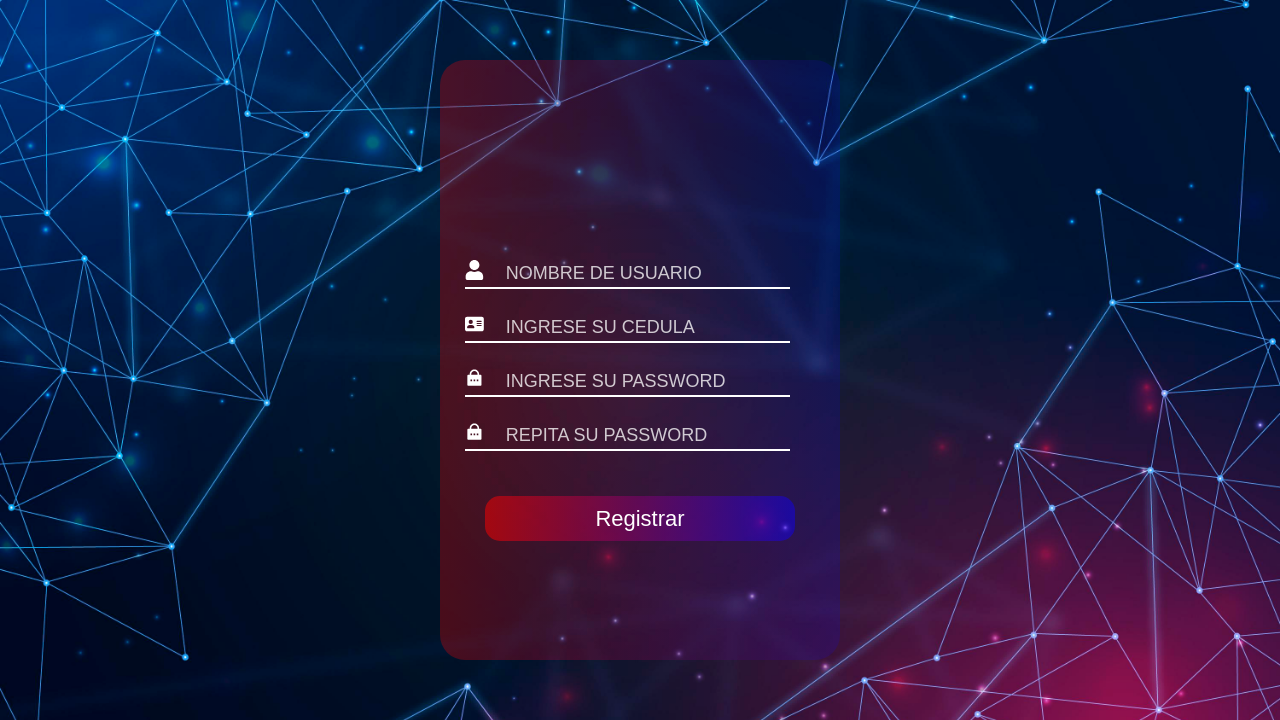
Repository: Davic1o/municipio
Page: /Registro
These files come from the project's save history. The page is drawn as it stood at one moment and after the next save; the edit follows.
The browser window is 1280 px wide. The pictures show the whole page.
The project was rebuilt for these pictures with package versions that can differ from the ones it lists, and the page was loaded fresh each time. Also part of the build but not shown: src/pages/Login/Login.jsx, src/pages/Administrador/Admin.jsx, src/pages/Coord/Coord.jsx, src/pages/User/User.jsx.

Above is the page before, as saved 2024-02-06 17:49:27.

### src/index.js
import React from 'react';
import ReactDOM from 'react-dom/client';
import './index.css';
import App from './App';
import { BrowserRouter } from 'react-router-dom';

const root = ReactDOM.createRoot(document.getElementById('root'));
root.render(
  <BrowserRouter>
    <App />
   </BrowserRouter>
);

### src/index.css
body {
  margin: 0;
  font-family: -apple-system, BlinkMacSystemFont, 'Segoe UI', 'Roboto', 'Oxygen',
    'Ubuntu', 'Cantarell', 'Fira Sans', 'Droid Sans', 'Helvetica Neue',
    sans-serif;
  -webkit-font-smoothing: antialiased;
  -moz-osx-font-smoothing: grayscale;
}

code {
  font-family: source-code-pro, Menlo, Monaco, Consolas, 'Courier New',
    monospace;
}
input{
  text-decoration: none;
  border: none;
}
button{
  background-color: transparent;
  text-decoration: none;
  border: none;
}

### src/App.jsx

import './App.css';
import Rutas from './routes/Rutas';

function App() {
  return (
    <div className="App">
      <Rutas/>
    </div>
  );
}

export default App;

### src/routes/Rutas.jsx
import React from 'react'
import { Routes, Route } from 'react-router-dom';
import Login from '../pages/Login/Login';
import Admin from '../pages/Administrador/Admin';
import Coord from '../pages/Coord/Coord';
import User from '../pages/User/User';
import Register from '../pages/Register/Register';


function Rutas() {
  return (


    <Routes>
    <Route exact path="/" element={<Login/>} />
    <Route exact path="/Registro" element={<Register/>} />
    <Route exact path="/Administrador" element={<Admin/>} />
    <Route path='/Coordinador' element={<Coord/>} />
    <Route path='/Usuario' element={<User/>} />

    </Routes>

  )
}

export default Rutas

### src/pages/Register/Register.jsx
import React, { useState } from 'react';
import { FaUser } from 'react-icons/fa';
import { RiLockPasswordFill } from 'react-icons/ri';
import { useNavigate } from 'react-router-dom';
import { FaAddressCard } from "react-icons/fa6";
import './login.css';

const Register = () => {
  const navigate = useNavigate();

  return (
    <div className="login__container">
      <div className="login__recuadro">
        <div className="login__formulario">
          <div className="contenedor__nombre">
            <FaUser className="icon__nombre" />
            <input
              type="text"
              className="inp__nombre"
              placeholder="NOMBRE DE USUARIO"
            />
          </div>
          <div className="contenedor__nombre">
          <FaAddressCard className="icon__password"/>
            <input
              type="password"
              className="inp__password"
              placeholder="INGRESE SU CEDULA"

            />
          </div>
          <div className="contenedor__password">
          <RiLockPasswordFill className="icon__password" />
            <input
              type="password"
              className="inp__password"
              placeholder="INGRESE SU PASSWORD"

            />

          </div>
          <div className="contenedor__password">
          <RiLockPasswordFill className="icon__password" />
            <input
              type="password"
              className="inp__password"
              placeholder="REPITA SU PASSWORD"

            />


          </div>
          <div className="contendor__ingresar">
            <button className="btn__ingresar" >
              Registrar
            </button>
          </div>
        </div>
      </div>
    </div>
  );
};

export default Register;

### src/pages/Login/login.css
.login__container {
    background-image:  url('../../images/fondo_informacion.jpg');
    background-size: cover;
    height: 100vh;
    width: 100vw;
    box-sizing: border-box;
    display: flex;
    align-items: center;
    justify-content: center;
    z-index: 0;
}
.login__recuadro{
    width: 400px;
    height: 600px;
    border-radius: 25px;
    background: linear-gradient(to right, rgba(253, 0, 0, 0.288) 1%, rgba(16, 0, 235, 0.171));
}
.login__formulario{
    margin-top: 200px;
}
.contenedor__nombre, .contenedor__password{
    width: 325px;
    margin: 25px;
    display: flex;
    border-bottom: 2px solid white ;
}
.icon__nombre, .icon__password{
    margin-right: 20px;
    font-size: 20px;
    background-color: transparent;
    color: white;
}
.inp__nombre, .inp__password{

    background-color: transparent;
    width: 300px;
    height: 25px;
    font-size: 18px;
    color: white;
}
.inp__nombre::placeholder, .inp__password::placeholder{
    font-size: 18px;
color: rgba(255, 255, 255, 0.767);
}
.inp__nombre:focus, .inp__password:focus{
    outline: none;
    font-size: 18px;
    border: none;
    color: white;
}
.contenedor__recuerdame{
    width: 325px;
    margin: 25px;
    display: flex;
}
.inp__recuerdame{
    transform: scale(1.5);
    margin-right: 20px;
}
.lbl__recuerdame{
    font-size: 18px;
    color: white;
}
.contenedor__registrar{
    width: 325px;
    margin: 25px;
    display: flex;
    justify-content: right;
}
.lbl__registrar{
    color: white;
}
.lbl__registrar:hover{
    color: blue;
    cursor: pointer;
}
.contendor__ingresar{

    background: linear-gradient(to right, rgba(253, 0, 0, 0.514) 1%, rgba(16, 0, 235, 0.514));
    border-radius: 15px;
    margin: 45px;
    display: flex;
    justify-content: center;
}
.btn__ingresar{
    height: 45px;
    color: white;
    font-size: 22px;
    cursor: pointer;

}

### src/pages/Register/login.css
.login__container {
    background-image:  url('../../images/fondo_informacion.jpg');
    background-size: cover;
    height: 100vh;
    width: 100vw;
    box-sizing: border-box;
    display: flex;
    align-items: center;
    justify-content: center;
    z-index: 0;
}
.login__recuadro{
    width: 400px;
    height: 600px;
    border-radius: 25px;
    background: linear-gradient(to right, rgba(253, 0, 0, 0.288) 1%, rgba(16, 0, 235, 0.171));
}
.login__formulario{
    margin-top: 200px;
}
.contenedor__nombre, .contenedor__password{
    width: 325px;
    margin: 25px;
    display: flex;
    border-bottom: 2px solid white ;
}
.icon__nombre, .icon__password{
    margin-right: 20px;
    font-size: 20px;
    background-color: transparent;
    color: white;
}
.inp__nombre, .inp__password{

    background-color: transparent;
    width: 300px;
    height: 25px;
    font-size: 18px;
    color: white;
}
.inp__nombre::placeholder, .inp__password::placeholder{
    font-size: 18px;
color: rgba(255, 255, 255, 0.767);
}
.inp__nombre:focus, .inp__password:focus{
    outline: none;
    font-size: 18px;
    border: none;
    color: white;
}
.contenedor__recuerdame{
    width: 325px;
    margin: 25px;
    display: flex;
}
.inp__recuerdame{
    transform: scale(1.5);
    margin-right: 20px;
}
.lbl__recuerdame{
    font-size: 18px;
    color: white;
}
.contenedor__registrar{
    width: 325px;
    margin: 25px;
    display: flex;
    justify-content: right;
}
.lbl__registrar{
    color: white;
}
.lbl__registrar:hover{
    color: blue;
    cursor: pointer;
}
.contendor__ingresar{

    background: linear-gradient(to right, rgba(253, 0, 0, 0.514) 1%, rgba(16, 0, 235, 0.514));
    border-radius: 15px;
    margin: 45px;
    display: flex;
    justify-content: center;
}
.btn__ingresar{
    height: 45px;
    color: white;
    font-size: 22px;
    cursor: pointer;

}

Loaded but not shown: public/index.html (common file); src/App.css (common file)

After the next save:
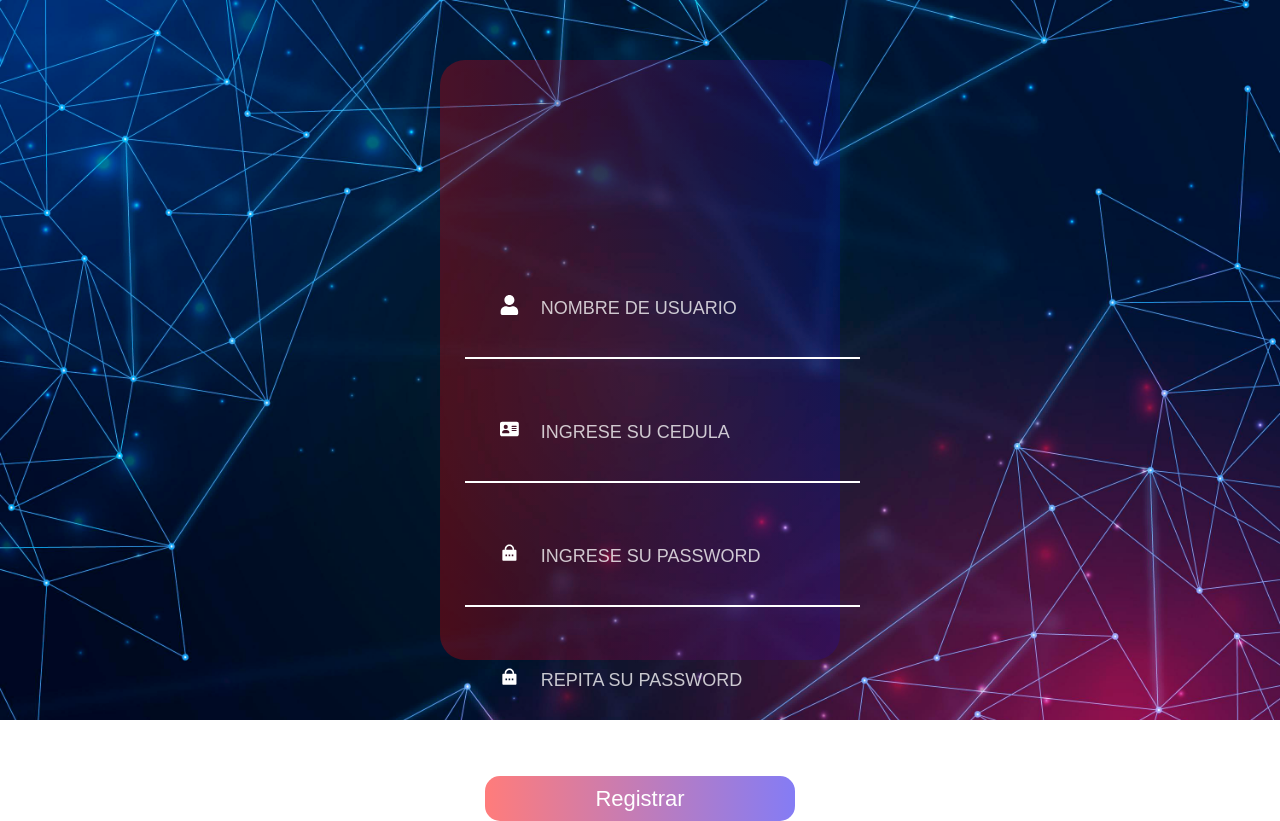
Saved 42 s later.
--- a/src/pages/Login/login.css
+++ b/src/pages/Login/login.css
@@ -19,6 +19,7 @@
     margin-top: 200px;
 }
 .contenedor__nombre, .contenedor__password{
+    padding: 35px;
     width: 325px;
     margin: 25px;
     display: flex;
